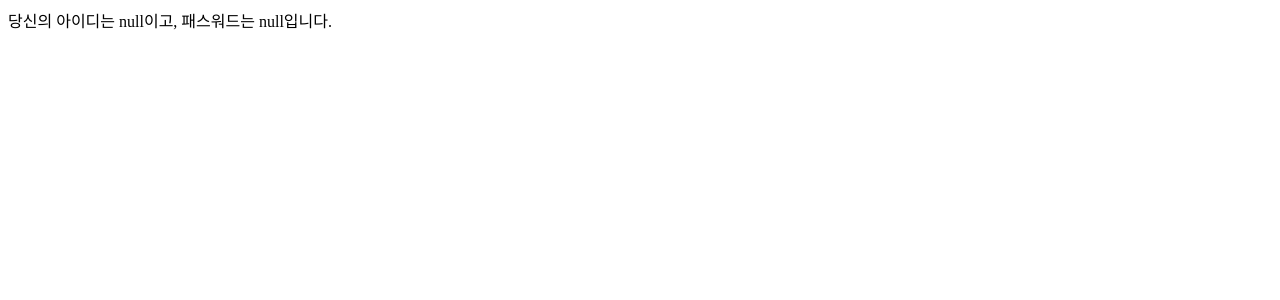
Repository: ohseung-web/OTjsp2026
Page: http://localhost/chapter/RequestloginProc.jsp
An editor plug-in stored every save of this project. The page is shown before and after the next save, followed by the edit.
The browser window is 1280 px wide. The pictures show the whole page.
The page is served by Tomcat 9.

Above is the page before, as saved 2026-10-17 06:17:55.

After the next save:
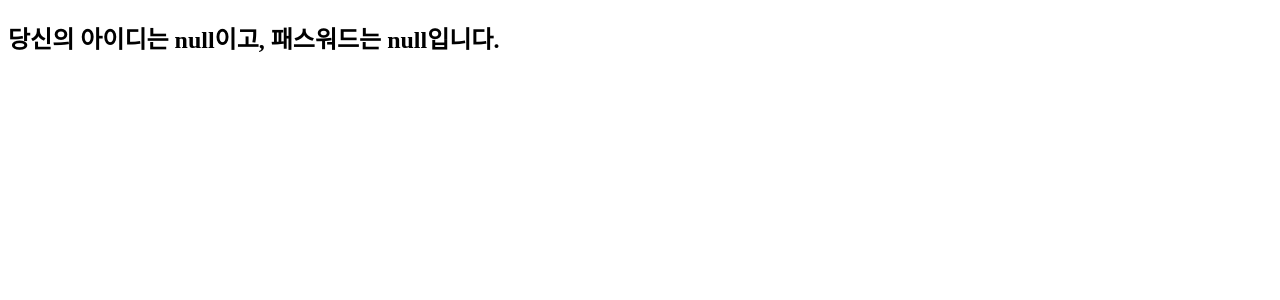
Saved 25 s later.
--- a/chapter/src/main/webapp/RequestloginProc.jsp
+++ b/chapter/src/main/webapp/RequestloginProc.jsp
@@ -17,6 +17,6 @@
 	 	String id = request.getParameter("id"); //사용장의 id값을 읽어들여서 변수 id에 저장하시오.
 	 	String pass = request.getParameter("pass"); //사용장의 pass값을 읽어들여서 변수 pass에 저장하시오.
 	 %>
-	 당신의 아이디는 <%= id %>이고, 패스워드는 <%= pass %>입니다.
+	 <h2>당신의 아이디는 <%= id %>이고, 패스워드는 <%= pass %>입니다.</h2>
 </body>
 </html>
